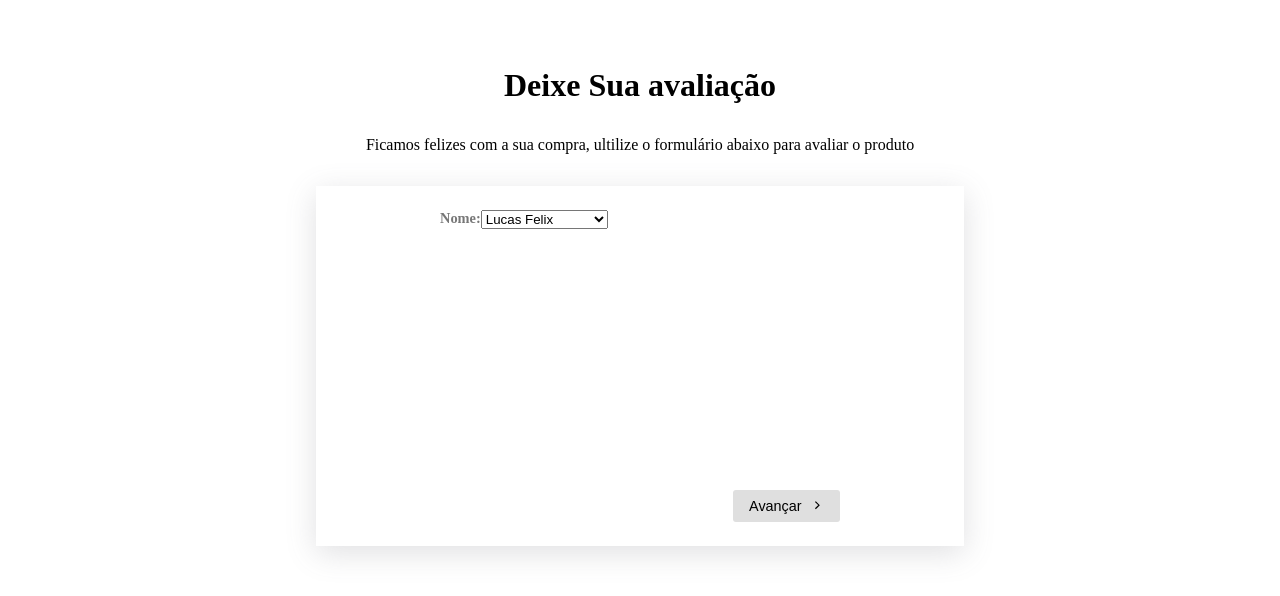
Repository: pheonix5/formulario_stap
Page: /
The author's editor kept a copy of each file at every save. The page is drawn from the files as they stood at one save, then again after the next save.
The browser window is 1280 px wide. The pictures show the whole page.
The project was rebuilt for these pictures with package versions that can differ from the ones it lists, and the page was loaded fresh each time. Also part of the build but not shown: vite.config.js, src/components/ReviewForm.css, src/components/ReviewForm.tsx, src/components/Thanks.css, src/components/Thanks.tsx.

Above is the page before, as saved 2023-05-24 21:31:20.

### index.html
<!DOCTYPE html>
<html lang="en">
  <head>
    <meta charset="UTF-8" />
    <link rel="icon" type="image/svg+xml" href="/vite.svg" />
    <meta name="viewport" content="width=device-width, initial-scale=1.0" />
    <title>Multistep com React</title>
    <link rel="preconnect" href="https://fonts.googleapis.com">
    <link rel="preconnect" href="https://fonts.gstatic.com" crossorigin>
    <link href="https://fonts.googleapis.com/css2?family=Barlow:ital,wght@0,100;0,200;0,300;0,400;0,500;0,600;0,700;0,800;0,900;1,100;1,200;1,300;1,400;1,500;1,600;1,700;1,800;1,900&display=swap" rel="stylesheet">
  </head>
  <body>
    <div id="root"></div>
    <script type="module" src="/src/main.jsx"></script>
  </body>
</html>

### src/main.jsx
import React from 'react'
import ReactDOM from 'react-dom/client'
import { router } from './App'

import { RouterProvider } from 'react-router-dom'

ReactDOM.createRoot(document.getElementById('root')).render(
  <React.StrictMode>
    <RouterProvider router={router}/>
  </React.StrictMode>,
)

### src/App.jsx

import { createBrowserRouter } from 'react-router-dom'

import Formulario from './pages/Formulario'

const router = createBrowserRouter([
  {
    path: '/',
    element: <Formulario/>
  }
])

export { router };

### src/pages/Formulario/index.tsx
/* eslint-disable react/jsx-key */
/* eslint-disable no-unused-vars */
// Components
import React, { useState } from 'react';

import {GrFormNext, GrFormPrevious} from 'react-icons/gr';
import { FiSend } from 'react-icons/fi';
import UserForm from '../../components/UserForm';
import ReviewForm from '../../components/ReviewForm';
import Thanks from '../../components/Thanks';

// Hooks
import { useForm } from '../../hooks/useForm'
import './style.css'

const formTemplate ={
  name: "",
  email: "",
  review: "",
  comment: "",
}


export default function Formulario() {
  const [data, setData] = useState(formTemplate);

  const updateFieldHandler = (key, value) => {
    setData((prev) => {
      return {...prev, [key]: value};
    })
  }

  const formComponents = [
    <UserForm data={data} updateFieldHandler={updateFieldHandler}/>,
    <ReviewForm data={data} updateFieldHandler/>,
    <Thanks data={data}/>
  ];

  const { currentStep, currentComponent, changeStep, isLastStep, isFirstStep } = useForm(formComponents);

  return (
   <div className='app'>

    <div className="header">
      <h2>Deixe Sua avaliação</h2>
      <p>Ficamos felizes com a sua compra, ultilize o formulário abaixo para avaliar o produto</p>
    </div>

    <div className="form-container">
      <form onSubmit={(e) => changeStep(currentStep + 1, e)}>
        <div className="inputs-container">{currentComponent}</div>
        <div className="actions">

          {!isFirstStep && (
            <button type='button' onClick={() => changeStep(currentStep -1 )}>
              <GrFormPrevious/>
              <span>Voltar</span>
          </button>
          )}

          {!isLastStep ? (
            <button type='submit'>
              <span>Avançar</span>
              <GrFormNext/>
            </button>
          ) : (
            <button type='button'>
            <span>Enviar</span>
            <FiSend/>
          </button>
          )}

        </div>
      </form>
    </div>

   </div>
  )
}

### src/components/UserForm.tsx
import React from "react";
import './Userform.css'

const UserForm = ({ data, updateFieldHandler }) =>{
  return (
    <div>
      <div className="select">
        <label htmlFor="">Nome:</label>
        <select
          name="text"
          id="name"
          onChange={(e) => updateFieldHandler('name', e.target.value)}
        >

          <option  value={data.name || "Lucas"}>Lucas Felix</option>
          <option  value={data.name || "Camila"}>Camila Vitoria</option>
          <option  value={data.name || "Amanda"}>Amanda Caroline</option>
          <option  value={data.name || "Ronara"}>Ronara Fernanda</option>
        </select>
      </div>

    </div>
  )
}

export default UserForm;

### src/hooks/useForm.jsx
/* eslint-disable no-unused-vars */
import { useState } from "react";

export function useForm(steps){
  const [currentStep, setCurrentStep] = useState(0)

  function changeStep(i, e){
    if(e) e.preventDefault();

    if(i < 0 || i >= steps.length) return;

    setCurrentStep(i)
  }

  return{
    currentStep,
    currentComponent: steps[currentStep],
    changeStep,
    isLastStep: currentStep +1 === steps.length ? true : false,
    isFirstStep: currentStep === 0 ? true : false,
  }
}

### src/pages/Formulario/style.css
.app{
  padding: 2rem;
}

/* Cabeçalho*/
.header{
  text-align: center;
  margin-bottom: 2rem;
}

.header h2{
  font-size: 2rem;
  margin-bottom: 2rem;
}

/* Forms  */
.form-container{
  max-width: 600px;
  margin: 0 auto;
  background-color: #FFF;
  padding: 1.5rem;
  box-shadow: rgba(100, 100, 111, 0.2) 0px 7px 29px 0px;
}

.form-container form{
  max-width: 400px;
  margin: 0 auto;
}

.inputs-container{
  min-height: 280px;
}

.form-control {
  display: flex;
  flex-direction: column;
  gap: 0.6rem;
  margin-bottom: 2rem;
}

label{
  font-weight: bold;
  color: #777;
  font-size: 0.9rem;
}

input,
textarea{
  padding: .6rem;
  border: none;
  border-radius: 3px;
  box-shadow: rgba(99, 99, 99, 0.2) 0px 2px 8px 0;
}

textarea{
  height: 120px;
}

/* Actions */
.actions{
  display: flex;
  justify-content: flex-end;
  gap: 1rem;
}

.actions button{
  font-size: .9rem;
  padding: .5rem 1rem;
  display: flex;
  gap: 0.5rem;
  align-items: center;
  border-radius: 3px;
  background-color: #DFDFDF;
  cursor: pointer;
  border: none;
  transition: 0.3s;
}

.actions button:hover{
  background-color: #CFCFCF;
}

### src/components/UserForm.css
.select{
  display: flex;
  flex-direction: row;
  gap: 30;
}

After the next save:
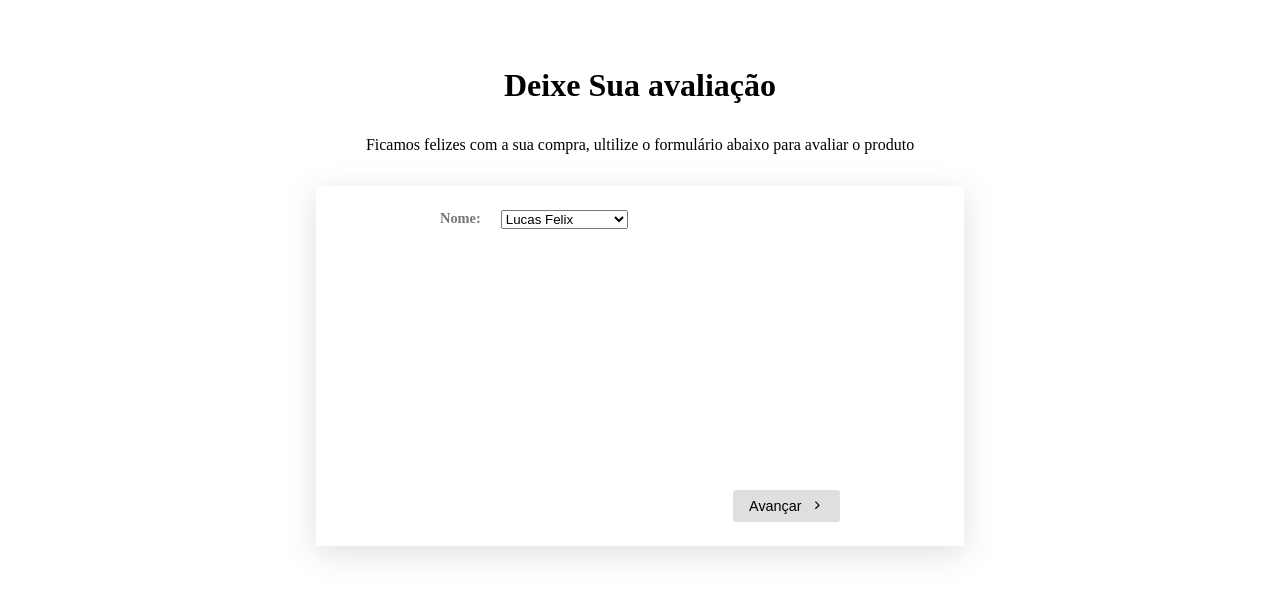
Saved 4 s later.
--- a/src/components/UserForm.css
+++ b/src/components/UserForm.css
@@ -1,5 +1,5 @@
 .select{
   display: flex;
   flex-direction: row;
-  gap: 30;
+  gap: 20px;
 }
